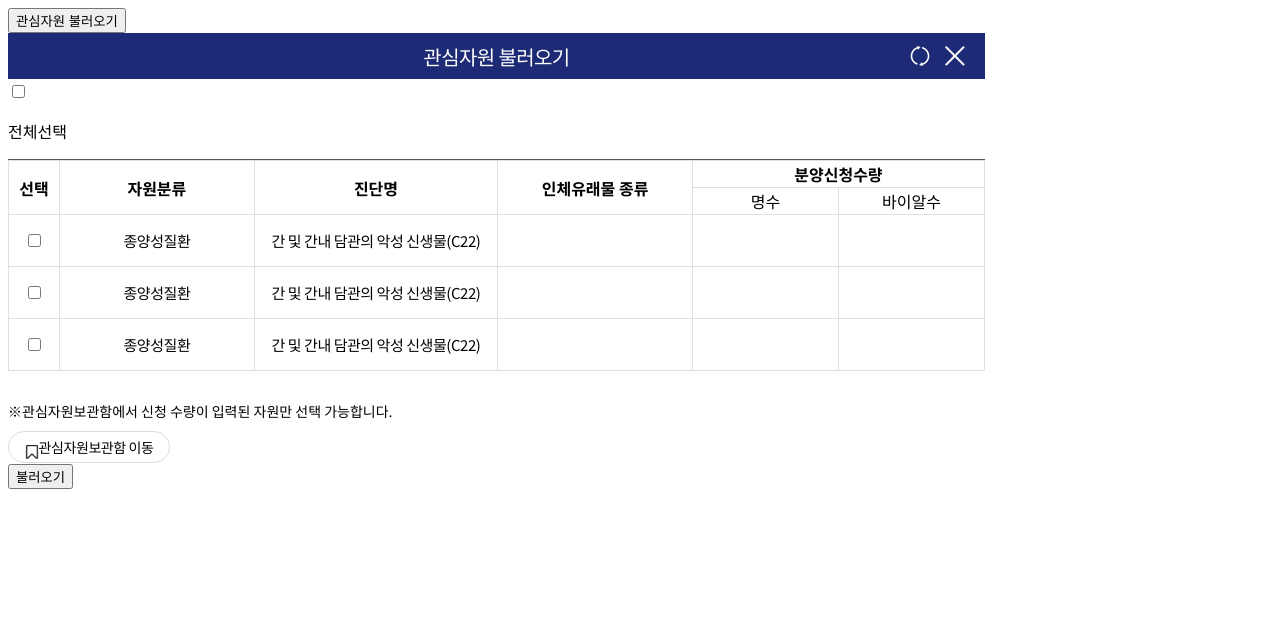
Repository: dlgywls1130/one_popup
Page: index.html
These files come from the project's save history. The page is drawn as it stood at one moment and after the next save; the edit follows.
The browser window is 1280 px wide. The pictures show the whole page.
Some web fonts or font styles are not loaded; a fallback is used.

Above is the page before, as saved 2023-10-25 22:18:52.

### index.html
<!DOCTYPE html>
<html lang="en">
<head>
    <meta charset="UTF-8">
    <meta name="viewport" content="width=device-width, initial-scale=1.0">
    <title>관심자원</title>

    <link rel="stylesheet" href="./style.css">

</head>
<body>
    <button type="button">관심자원 불러오기</button>

    <div class="modal_new">
        <div class="modal_head">
            <div class="modal_title">관심자원 불러오기</div>
            <div class="modal_right">
                <div class="refresh">
                    <img src="./img/reload.png">
                </div>
                <div class="close">
                    <img src="./img/close.png">
                </div>
            </div>
        </div>
        <div class="modal_body">
            <div class="all_check">
                <label>
                    <input type="checkbox">
                    <p>전체선택</p>
                </label>
            </div>

            <div class="body_all_list">
                <table class="list_table_wrap">
                    <tr class="table_head">
                        <th rowspan='2'>선택</th>
                        <th rowspan='2'>자원분류</th>
                        <th rowspan='2'>진단명</th>
                        <th rowspan='2'>인체유래물 종류</th>
                        <th colspan='2'>분양신청수량</th>
                    </tr>
                    <tr class="table_head">
                        <td class="column_sum">명수</td>
                        <td class="column_sum">바이알수</td>
                    </tr>
                    <tr class="table_body_content">
                        <td><input type="checkbox" name="choice"></td>
                        <td>종양성질환</td>
                        <td>간 및 간내 담관의 악성 신생물(C22)</td>
                        <td></td>
                        <td></td>
                        <td></td>
                    </tr>
                    <tr  class="table_body_content">
                        <td><input type="checkbox" name="choice"></td>
                        <td>종양성질환</td>
                        <td>간 및 간내 담관의 악성 신생물(C22)</td>
                        <td></td>
                        <td></td>
                        <td></td>
                    </tr>
                    <tr  class="table_body_content">
                        <td><input type="checkbox" name="choice"></td>
                        <td>종양성질환</td>
                        <td>간 및 간내 담관의 악성 신생물(C22)</td>
                        <td></td>
                        <td></td>
                        <td></td>
                    </tr>
                </table>
            </div>


            <p class="span_bottom">※관심자원보관함에서 신청 수량이 입력된 자원만 선택 가능합니다.</p>
            <div class="bookmark_link">
                <div class="bookmark_img"><img src="./img/bookmark.png"></div>
                <p>관심자원보관함 이동</p>
            </div>

            <div class="button_import">
                <button type="button">불러오기</button>
            </div>
        </div>
    </div>
</body>
</html>

### style.css


@import url('https://fonts.googleapis.com/css2?family=Noto+Sans+KR:wght@300;400;500;600;700&display=swap');

@import url('https://cdn.jsdelivr.net/gh/orioncactus/pretendard/dist/web/static/pretendard.css');




  .modal_new{
    font-family: 'Noto Sans KR', sans-serif;
  }

.modal_head{
    width: 100%;
    height: 46px;
    display: flex;
    align-items: center;
    justify-content: center;
    background-color: #1D2A75;
    position: relative;
}

.modal_title{
    font-size: 20px;
    letter-spacing: -0.03em;
    color: #fff;
    font-weight: 500;
}

.modal_right{
    position: absolute;
    top: 50%;
    right: 20px;
    transform: translate(0,-50%);
    display: flex;
    align-items: center;
}

.modal_right .refresh{
    margin-right: 15px;
}
.modal_right .refresh,
.modal_right .close{
    width: 20px;
    height: 20px;
}

.modal_right .refresh img,
.modal_right .close img{
    width: 100%;
    height: 100%;
}

.body_all_list{
    border-top: 1px solid #565656;
}

.list_table_wrap,
.list_table_wrap th,
.list_table_wrap td{
    border: 1px solid #E0E0E0;
    border-collapse: collapse;
}

.list_table_wrap tr th:nth-child(1),
.list_table_wrap tr td:nth-child(1){
    width: 5%;
}

.list_table_wrap tr th:nth-child(2),
.list_table_wrap tr td:nth-child(2){
    width: 20%;
}

.list_table_wrap tr th:nth-child(3),
.list_table_wrap tr td:nth-child(3){
    width: 25%;
}

.list_table_wrap tr th:nth-child(4),
.list_table_wrap tr td:nth-child(4){
    width: 20%;
}

.list_table_wrap tr th:nth-child(5),
.list_table_wrap tr td:nth-child(5){
    width: 15%;
}

.list_table_wrap tr th:nth-child(6),
.list_table_wrap tr td:nth-child(6){
    width: 15%;
}

.list_table_wrap .table_head{
    font-weight: 500;
    font-size: 16px;
    font-family: Pretendard,'Noto Sans KR', sans-serif;
    text-align: center;
}


.table_body_content td{
    font-weight: 400;
    font-size: 15px;
    letter-spacing: -0.03em;
    text-align: center;
    padding:15px;
    box-sizing: border-box;
}

.column_sum{

}

.bookmark_link{
    width: 160px;
    height: 30px;
    display: flex;
    align-items: center;
    border: 1px solid #DDDDDD;
    border-radius: 44px;
    justify-content: center;
}

.bookmark_link p{
    font-size: 14px;
    font-weight: 400;
    letter-spacing: -0.03em;
    margin: 0;
}

.bookmark_link .bookmark_img{
width: 14px;
height: 14px;
}

.bookmark_link .bookmark_img img{
    width: 100%;
    height: 100%;
    object-fit: contain;
}

.span_bottom{
    font-size: 14px;
    margin: 30px 0 10px;
}

.modal_new{
    width: 977px;
    height: 600px;
}

After the next save:
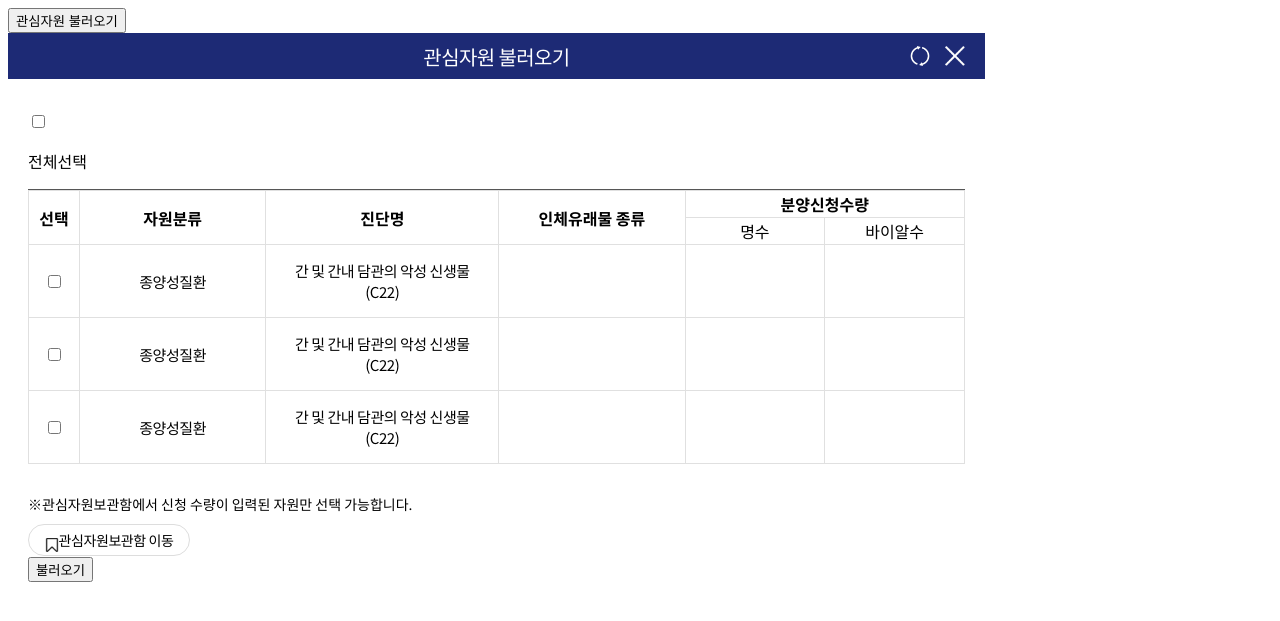
Saved 44 s later.
--- a/style.css
+++ b/style.css
@@ -151,3 +151,7 @@ height: 14px;
     width: 977px;
     height: 600px;
 }
+
+.modal_body{
+    padding: 30px 20px 50px;
+}
